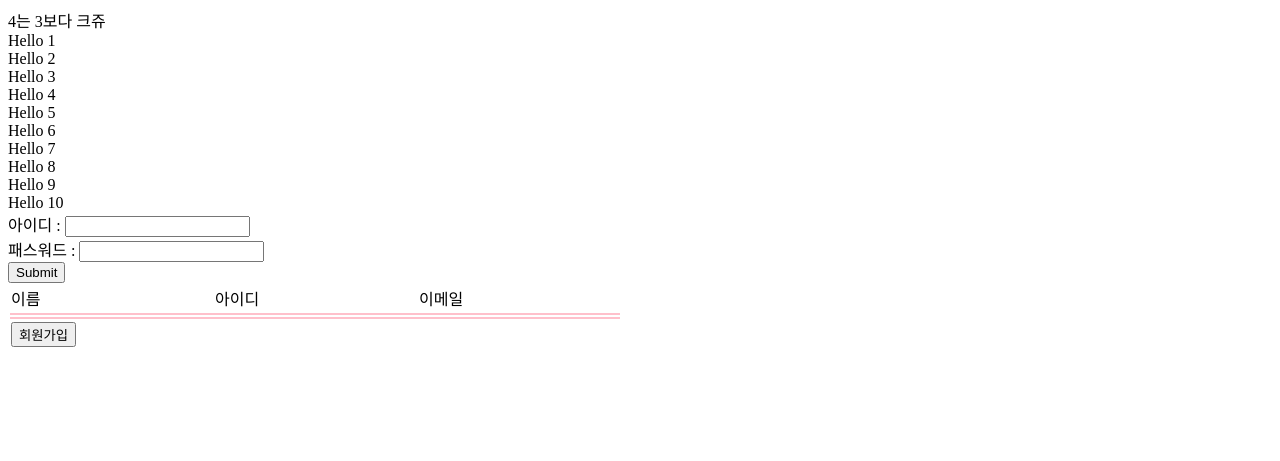
Repository: Seonhanbit/dev
Page: http://localhost/0920_Friday/main.jsp
An editor plug-in stored every save of this project. The page is shown before and after the next save, followed by the edit.
The browser window is 1280 px wide. The pictures show the whole page.
The page is served by Tomcat 9. Other server files are loaded and not shown. The template is opened directly, without the code that normally fills it, so the values that code supplies are empty.

Above is the page before, as saved 2019-09-20 06:06:07.

### work_servlet_jsp/0920_Friday/WebContent/main.jsp
<%@ page language="java" contentType="text/html; charset=UTF-8"
	pageEncoding="UTF-8"%>
<%@ taglib uri="http://java.sun.com/jsp/jstl/core" prefix="c"%>
<!DOCTYPE html>
<html>
<head>
<meta charset="UTF-8">
<title>Insert title here</title>
</head>
<body>
	<c:if test="${4>3}">
4는 3보다 크쥬 <br>
	</c:if>
	<c:forEach begin="1" end="10" step="1" varStatus="st">
Hello
${st.index}<br>
	</c:forEach>



	<c:choose>
		<c:when test="${id eq null}">
		</c:when>
	</c:choose>

	<c:if test="${id eq null}">
		<form action="main.do">
			아이디 : <input type="text" name="userid"><br>
			패스워드 : <input type="text" name="pwd"><br>
			<input type="hidden" name="action" value="login">
			<input type="submit" name="로그인">
		</form>
	</c:if>
	<table>
		<tr>
			<td width="200">이름</td>
			<td width="200">아이디</td>
			<td width="200">이메일</td>
		</tr>
		<tr>
		<td colspan="3" bgcolor="pink"></td>
		</tr>
		<!-- attr에 있는 memberList라는 객체의 원소를 하나씩 꺼내서
		member라는 이름으로 붙여주고 반복을 수행 -->
		<c:forEach items="${memberList }" var="member">
			<tr>
				<td>${member.name}</td>
				<td>${member.userid}</td>
				<td>${member.email}</td>
			</tr>
		</c:forEach>
		<tr>
		<td colspan="3" bgcolor="pink"></td>
		</tr>
		<tr>
		<td colspan="3">
		<input onclick="location.href='member.do?action=addMemberForm'" type="button" value="회원가입"></td>
		</tr>
	</table>
</body>
</html>

After the next save:
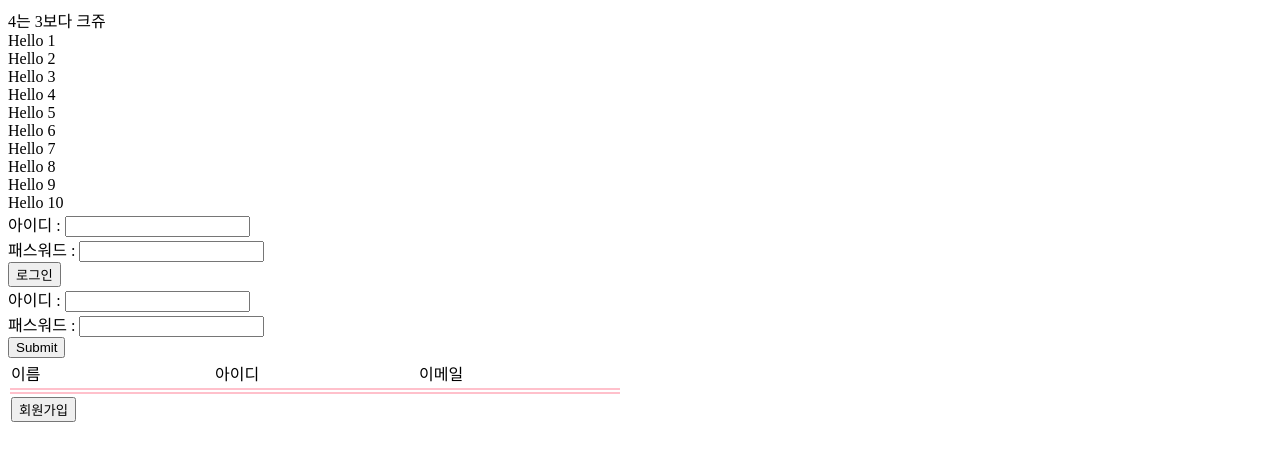
Saved 51 s later.
--- a/work_servlet_jsp/0920_Friday/WebContent/main.jsp
+++ b/work_servlet_jsp/0920_Friday/WebContent/main.jsp
@@ -20,7 +20,16 @@ ${st.index}<br>
 
 	<c:choose>
 		<c:when test="${id eq null}">
+		<form action="main.do">
+			아이디 : <input type="text" name="userid"><br>
+			패스워드 : <input type="text" name="pwd"><br>
+			<input type="hidden" name="action" value="login">
+			<input type="submit" value="로그인">
+		</form>
 		</c:when>
+		<c:otherwise>
+			<input type="button" value="로그아웃">
+		</c:otherwise>
 	</c:choose>
 
 	<c:if test="${id eq null}">
